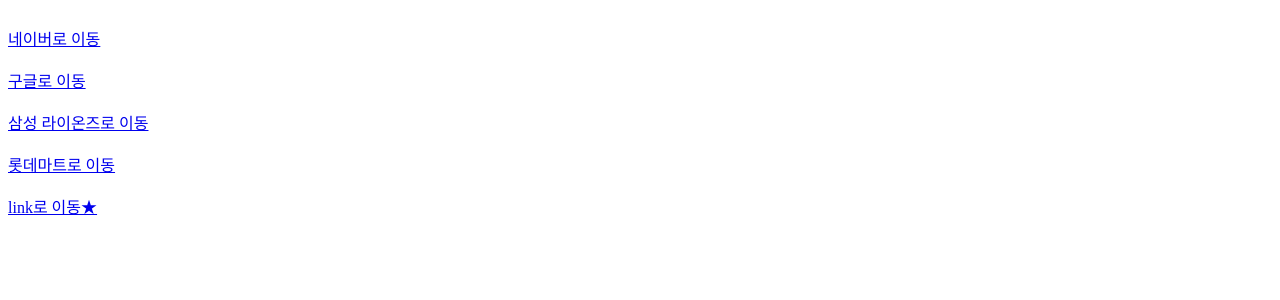
Repository: guswnsdldl/gb
Page: html workspace/d_link/src/main/webapp/link-task.html
These files come from the project's save history. The page is drawn as it stood at one moment and after the next save; the edit follows.
The browser window is 1280 px wide. The pictures show the whole page.

Above is the page before, as saved 2024-08-06 01:11:18.

After the next save:
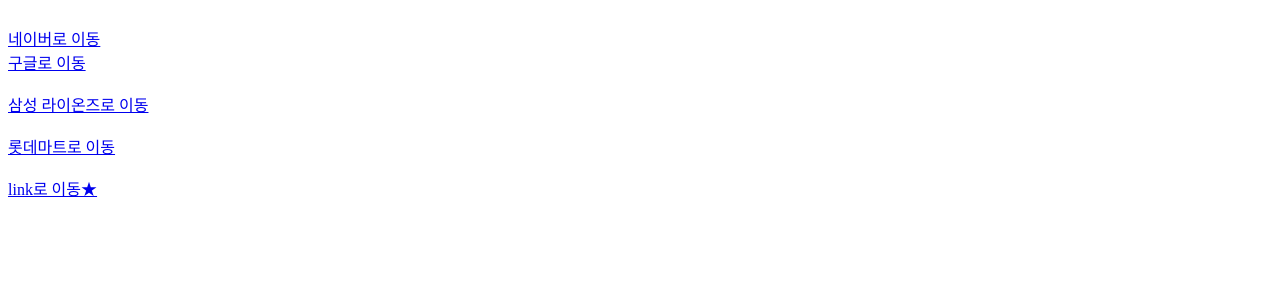
Saved 17 s later.
--- a/html workspace/d_link/src/main/webapp/link-task.html
+++ b/html workspace/d_link/src/main/webapp/link-task.html
@@ -14,7 +14,7 @@
 link.html로 이동
  -->
 
-<br> <a href="http://www.naver.com">네이버로 이동</a> </br>
+<br> <a href="http://www.naver.com">네이버로 이동</a>
 <br><a href="http://www.google.com">구글로 이동</a> </br>
 <br><a href="https://www.samsunglions.com/">삼성 라이온즈로 이동</a></br>
 <br><a href="https://www.lotteon.com">롯데마트로 이동</a></br>
